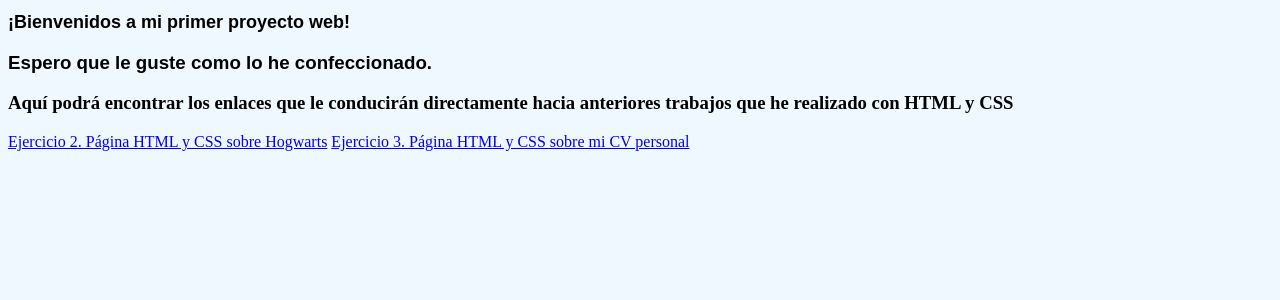
Repository: Pablosky971/Ejercicio-4.-Proyecto-Web
Page: http://localhost/Ejercicio4/
An editor plug-in stored every save of this project. The page is shown before and after the next save, followed by the edit.
The browser window is 1280 px wide. The pictures show the whole page.
The page is served by Tomcat 9.

Above is the page before, as saved 2022-03-09 12:26:26.

After the next save:
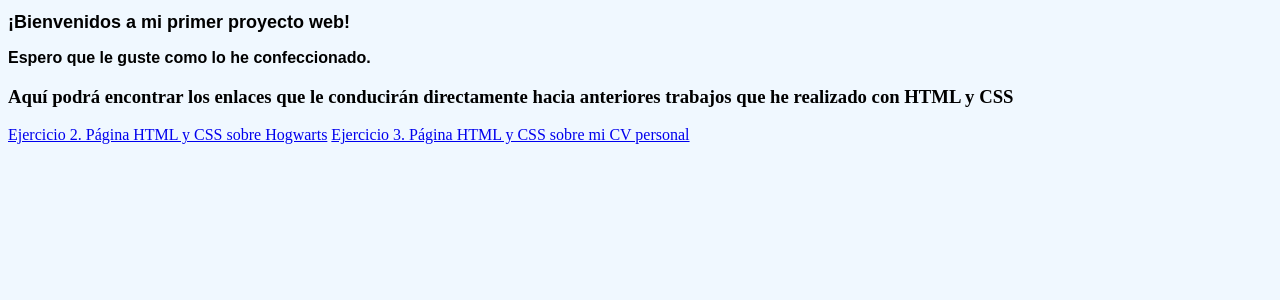
Saved 4 s later.
--- a/Ejercicio4/src/main/webapp/css/index.css
+++ b/Ejercicio4/src/main/webapp/css/index.css
@@ -10,7 +10,7 @@ h1.titulo {
 
 h3.subtitulo {
 	font-family: sans-serif;
-	font-size:
+	font-size: medium;
 }
 
 h3.navegacion {
